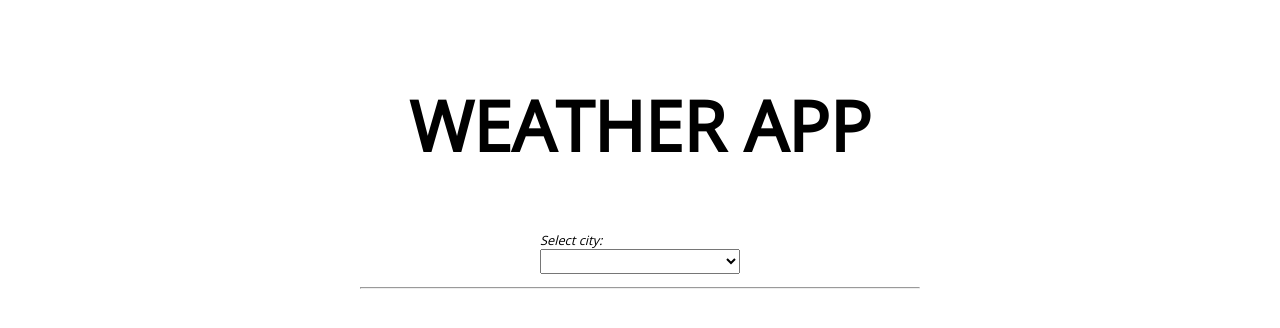
Repository: paulavalila/weather_app
Page: index.html
The author's editor kept a record of every edit. The page is drawn from the files as they stood at one moment, then again after the next edit.
The browser window is 1280 px wide. The pictures show the whole page.
Some web libraries are served in a nearby version.

Above is the page before.

### index.html
<!DOCTYPE html>
<html ng-app="weatherApp">
<head>
<meta charset="UTF-8">
<title>WEATHER APP</title>
<script src="/node_modules/angular/angular.js"></script>
<script type="text/javascript" src="/js/demo.js"></script>
<link rel="stylesheet" type="text/css" href="//fonts.googleapis.com/css?family=Open+Sans" />
<link rel="stylesheet" type="text/css" href="/css/weather-style.css" />
</head>
<body ng-controller="weatherAppController" class="weather_app">
<h1 class="weather_app--header">{{weatherHeader}}</h1>
<div class="weather_app--content">
    <div class="weather_app--listing">
        <p class="weather_app--customer_info_text">{{infoText}}</p>
        <form name="weatherForm" class="weather_app--form">
            <label class="weather_app--select-label" for="citySelect">{{choose}}: </label>
            <select class="weather_app--select" name="citySelect" id="citySelect" ng-model="data.citySelect" ng-change="getWeatherData(data.citySelect)">
                <option ng-repeat="city in data.cityOptions" value="{{city}}">{{city.name}}</option>
            </select>
         </form>
         <hr>
         <div class="weather_app--clearList"><a ng-click="clearWeatherList()" ng-show="showClearListButton">Clear list</a></div>
        <div class="weather_app--list_of_cities"><li ng-repeat="item in weatherArray | reverse"><p>{{item.city}}</p><p>{{item.temperature}} &#8451;</p><p><img ng-src="{{item.weatherImg}}" title={{item.weatherInfoTitle}} /></p></li></div>
     </div>
</div>

</body>
</html>

### js/demo.js
var weatherApp  = angular.module('weatherApp', []);
weatherApp.controller('weatherAppController', ['$scope', '$http', function($scope, $http) {


    $scope.weatherHeader= "WEATHER APP";
    $scope.infoText = "";
    $scope.infoText2 = "Select city from the list to see current local weather conditions."

    $scope.weatherArray = [
    ];

    $scope.currentconditions = [
    ];

    $scope.choose = "Select city" ;
    $scope.clearList = "Clear list";
    $scope.showClearListButton = false;

    /*hardcoded list of cities could be selected*/
    $scope.data = {
    citySelect: null,
    cityOptions: [
      {id: 'FI', name: 'Helsinki, FI', queryparam: 'Helsinki'},
      {id: 'NY', name: 'New York, NY', queryparam: 'New_york'},
      {id: 'UK', name: 'London, UK', queryparam: 'London'},
      {id: 'IL', name: 'Chicago, IL', queryparam: 'Chicago'},
      {id: 'MA', name: 'Boston, MA', queryparam: 'Boston'},
      {id: 'TX', name: 'Houston, TX', queryparam: 'Houston'},
      {id: 'SE', name: 'Stockholm, SE', queryparam: 'Stockholm'},
      {id: 'DK', name: 'Copenhagen, DK', queryparam: 'Copenhagen'},
      {id: 'MU', name: 'Port Louis, MU', queryparam: 'Port_louis'},
    ],
   };

    /*create the api query..to fetch selected city current weather conditions*/
    $scope.getWeatherData = function(city) {
        var country = (JSON.parse(city)).id;
        var city = (JSON.parse(city)).queryparam;

        $http({
            url:"https://api.wunderground.com/api/adb3a390acf812eb/conditions/q/" + country +"/" + city + ".json"
        }).success(function(data, status, headers, config){
            console.log(data);
            var result = angular.toJson(data);
            var object = JSON.parse(result);
            $scope.currentConditions = object.current_observation;
            $scope.addWeatherDataToUIList();
        }).error(function(data, status, headers, config){
            console.log(status);
        });
    };

    /*add current weather conditions of ci*/
    $scope.addWeatherDataToUIList = function (array, index){
        var current = $scope.currentConditions;
        var location = current.display_location;
        var alrearyInList = false;
        for(var item in $scope.weatherArray){
            if($scope.weatherArray[item].city === location.full){
             alrearyInList = true;
             $scope.infoText2 = "Selected city: " + location.full + " is already on the list. Choose another one.";
             break;
            }else{
             $scope.infoText2 = "";
            }
        }
        if(!alrearyInList){
        $scope.weatherArray.push({
            city: location.full,
            temperature: current.temp_c,
            weatherImg: current.icon_url,
            weatherInfoTitle: current.icon,
        });
        }
        $scope.data.citySelect = "";
        $scope.showClearListButton = true;
    };

    $scope.clearWeatherList = function(){
        console.log('clearlist');
        $scope.weatherArray= [];
        $scope.data.citySelect = "";
        $scope.showClearListButton = false;
    }


}])

.filter('reverse', function() {
    return function(weatherArray) {
        return weatherArray.slice().reverse();
    };
  })
/*
  .directive('onEnter', function() {
   return {
       restrict: 'A',
        scope: {
           onEnter: '&'
          },
    link: function(scope, element) {
      element.bind("keydown keypress", function(event) {
        if(event.which === 13) {
         scope.onEnter();
         scope.$apply();
        }
      });
    }
  }
});*/

### css/weather-style.css
.weather_app{
    font-family: 'Open sans'
}

.weather_app--header{
    padding-top: 70px;
	font-size: 52pt;
    text-align: center;
	font-weight: bold;
	padding: 15px, 0, 0, 0;
	margin: 0;
}

.weather_app--content{
    width: 800px;
    margin: auto
}

.weather_app--listing{
    width: 70%;
    margin: auto;
    text-align: center;
    position: relative
}

.weather_app--customer_info_text{
    font-size: 0.9em;
    height: 30px;
    padding: 0
}

.weather_app--form{
    width: 200px;
    margin: auto
}

.weather_app--select-label{
    display: block;
    float: left;
    font-style: italic;
    font-size: 0.8em
}

.weather_app--select{
    height: 25px;
    width: 100%;
    margin-bottom: 5px
}

.weather_app--clearList{
    position: absolute;
    right: 10px
}

ul, li{
    list-style-type: none;
    font-weight: 600
}

a{
    text-decoration: none;
    font-size: 0.8em;
    font-weight: 600;
    margin-top: 20px
}

After the next edit:
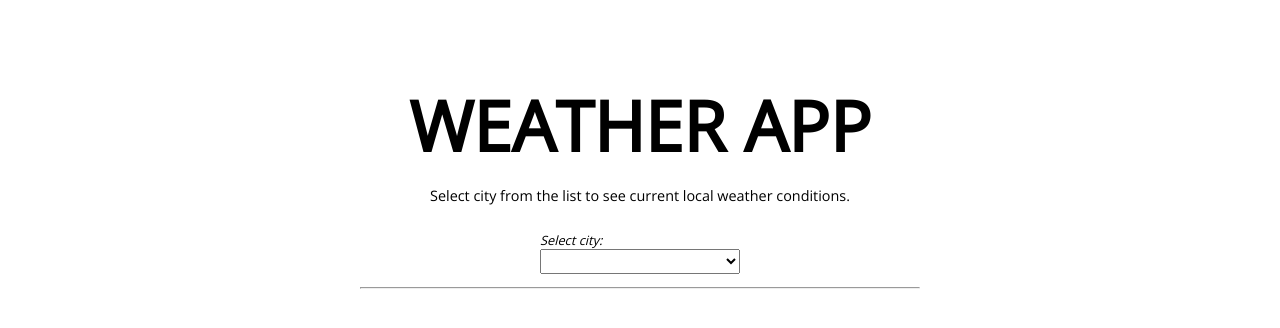
The edit:
--- a/js/demo.js
+++ b/js/demo.js
@@ -3,8 +3,7 @@
 
 
     $scope.weatherHeader= "WEATHER APP";
-    $scope.infoText = "";
-    $scope.infoText2 = "Select city from the list to see current local weather conditions."
+    $scope.infoText = "Select city from the list to see current local weather conditions."
 
     $scope.weatherArray = [
     ];

After the 6 edits that followed:
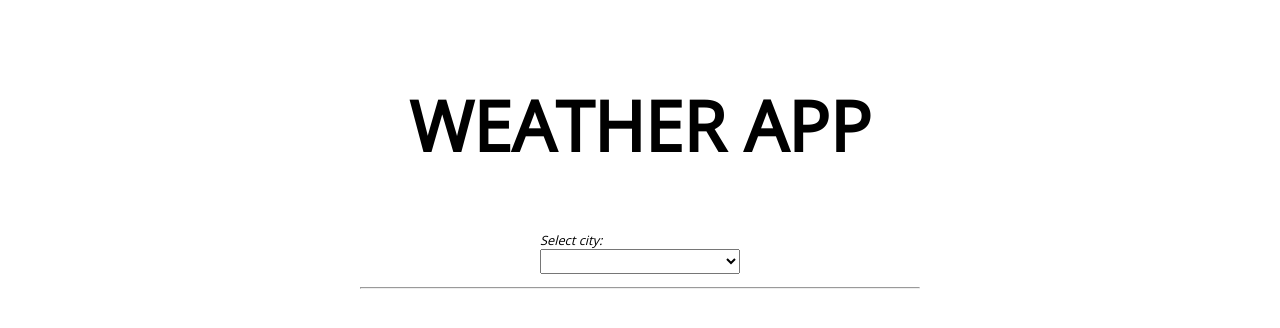
The 6 edits are shown as one change because 5 left the picture as it was.
The edit:
--- a/js/demo.js
+++ b/js/demo.js
@@ -3,7 +3,7 @@
 
 
     $scope.weatherHeader= "WEATHER APP";
-    $scope.infoText = "Select city from the list to see current local weather conditions."
+    $scope.infoText = ""
 
     $scope.weatherArray = [
     ];
@@ -39,7 +39,7 @@
         $http({
             url:"https://api.wunderground.com/api/adb3a390acf812eb/conditions/q/" + country +"/" + city + ".json"
         }).success(function(data, status, headers, config){
-            console.log(data);
+          /*  console.log(data);*/
             var result = angular.toJson(data);
             var object = JSON.parse(result);
             $scope.currentConditions = object.current_observation;
@@ -57,10 +57,10 @@
         for(var item in $scope.weatherArray){
             if($scope.weatherArray[item].city === location.full){
              alrearyInList = true;
-             $scope.infoText2 = "Selected city: " + location.full + " is already on the list. Choose another one.";
+             $scope.infoText = "Selected city: " + location.full + " is already on the list. Choose another one.";
              break;
             }else{
-             $scope.infoText2 = "";
+             $scope.infoText = "Select city from the list to see current local weather conditions."
             }
         }
         if(!alrearyInList){
@@ -76,7 +76,7 @@
     };
 
     $scope.clearWeatherList = function(){
-        console.log('clearlist');
+      /*  console.log('clearlist');*/
         $scope.weatherArray= [];
         $scope.data.citySelect = "";
         $scope.showClearListButton = false;
